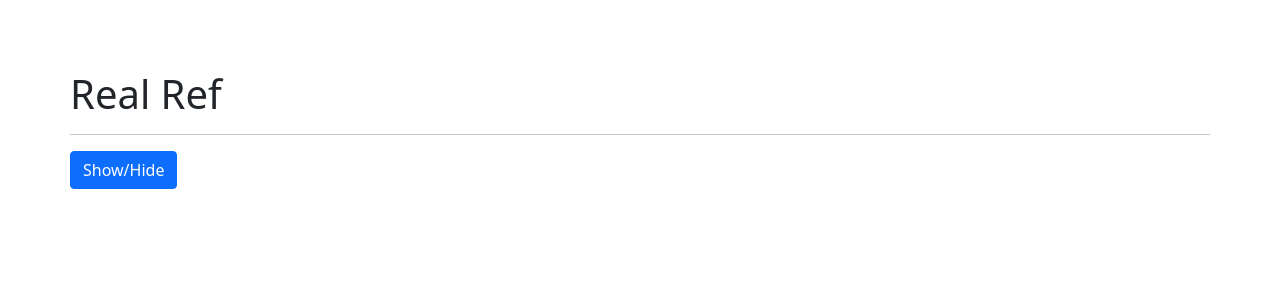
Repository: ppfeliuu/hooks-app
Page: /
These files come from the project's save history. The page is drawn as it stood at one moment and after the next save; the edit follows.
The browser window is 1280 px wide. The pictures show the whole page.
The project was rebuilt for these pictures with package versions that can differ from the ones it lists, and the page was loaded fresh each time. Also part of the build but not shown: src/components/01-useState/CounterApp.js, src/hooks/useCounter.js, src/components/01-useState/CounterWithCustomHook.js, src/hooks/useForm.js, src/components/02-useEffect/FormWithCustomHook.js, src/components/02-useEffect/Message.js, src/components/02-useEffect/SimpleForm.js, src/components/04-useRef/FocusScreen.js and 4 more.

Above is the page before, as saved 2021-05-29 22:48:47.

### public/index.html
<!DOCTYPE html>
<html lang="en">
  <head>
    <meta charset="utf-8" />
    <link rel="icon" href="%PUBLIC_URL%/favicon.ico" />
    <meta name="viewport" content="width=device-width, initial-scale=1" />
    <meta name="theme-color" content="#000000" />
    <meta
      name="description"
      content="Web site created using create-react-app"
    />
    <link rel="apple-touch-icon" href="%PUBLIC_URL%/logo192.png" />
    <!--
      manifest.json provides metadata used when your web app is installed on a
      user's mobile device or desktop. See https://developers.google.com/web/fundamentals/web-app-manifest/
    -->
    <link rel="manifest" href="%PUBLIC_URL%/manifest.json" />
    <!--
      Notice the use of %PUBLIC_URL% in the tags above.
      It will be replaced with the URL of the `public` folder during the build.
      Only files inside the `public` folder can be referenced from the HTML.

      Unlike "/favicon.ico" or "favicon.ico", "%PUBLIC_URL%/favicon.ico" will
      work correctly both with client-side routing and a non-root public URL.
      Learn how to configure a non-root public URL by running `npm run build`.
    -->
    <link
      href="https://cdn.jsdelivr.net/npm/bootstrap@5.0.1/dist/css/bootstrap.min.css"
      rel="stylesheet"
      integrity="sha384-+0n0xVW2eSR5OomGNYDnhzAbDsOXxcvSN1TPprVMTNDbiYZCxYbOOl7+AMvyTG2x"
      crossorigin="anonymous"
    />
    <title>Hooks App</title>
  </head>
  <body>
    <noscript>You need to enable JavaScript to run this app.</noscript>
    <div id="root"></div>
    <!--
      This HTML file is a template.
      If you open it directly in the browser, you will see an empty page.

      You can add webfonts, meta tags, or analytics to this file.
      The build step will place the bundled scripts into the <body> tag.

      To begin the development, run `npm start` or `yarn start`.
      To create a production bundle, use `npm run build` or `yarn build`.
    -->
  </body>
</html>

### src/index.js
import React from "react";
import ReactDOM from "react-dom";
import { CounterApp } from "./components/01-useState/CounterApp";
import { CounterWithCustomHook } from "./components/01-useState/CounterWithCustomHook";
import { FormWithCustomHook } from "./components/02-useEffect/FormWithCustomHook";
import { SimpleForm } from "./components/02-useEffect/SimpleForm";
import { FocusScreen } from "./components/04-useRef/FocusScreen";
import { RealExampleRef } from "./components/04-useRef/RealExampleRef";
import { MultipleCustomHooks } from "./components/examples/MultipleCustomHooks";
import { HookApp } from "./HookApp";

ReactDOM.render(<RealExampleRef />, document.getElementById("root"));

### src/components/04-useRef/RealExampleRef.js
import React, { useState } from "react";
import "../02-useEffect/effects.css";
import { MultipleCustomHooks } from "../03-examples/MultipleCustomHooks";

export const RealExampleRef = () => {
  const [show, setShow] = useState(false);

  return (
    <div>
      <h1>Real Ref</h1>
      <hr />

      {show && <MultipleCustomHooks />}

      <button className="btn btn-primary" onClick={() => setShow(!show)}>
        Show/Hide
      </button>
    </div>
  );
};

Loaded but not shown: src/components/01-useState/counter.css (common file); src/components/02-useEffect/effects.css (common file)

After the next save:
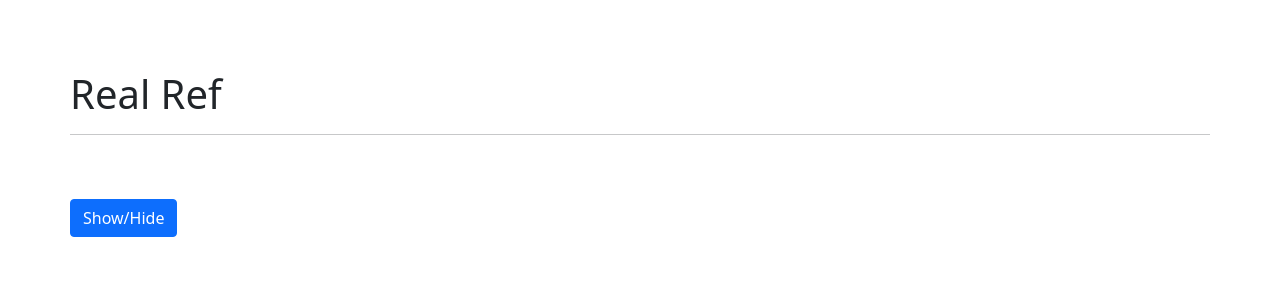
Saved 14 s later.
--- a/src/components/04-useRef/RealExampleRef.js
+++ b/src/components/04-useRef/RealExampleRef.js
@@ -12,7 +12,7 @@ export const RealExampleRef = () => {
 
       {show && <MultipleCustomHooks />}
 
-      <button className="btn btn-primary" onClick={() => setShow(!show)}>
+      <button className="btn btn-primary mt-5" onClick={() => setShow(!show)}>
         Show/Hide
       </button>
     </div>
